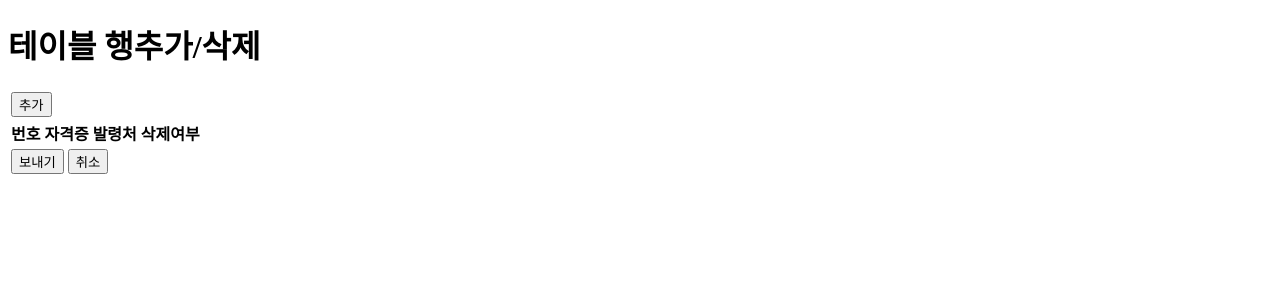
Repository: CHOKIHO/html
Page: work/0110/WebContent/ex3_tabledelete.html
The author's editor kept a copy of each file at every save. The page is drawn from the files as they stood at one save, then again after the next save.
The browser window is 1280 px wide. The pictures show the whole page.

Above is the page before, as saved 2017-01-10 05:34:31.

### work/0110/WebContent/ex3_tabledelete.html
<!DOCTYPE html>
<html>
<head>
<meta charset="UTF-8">
<title>테이블 추가</title>

<style type="text/css">

	body>table {
		width:300px;
		border: 1px solid blue;
		border-collapse: collapse;
	}
	body>table th, body>table td {
		border: 1px solid blue;
		padding: 4px;
		//text-align: center;
	}

	body>table>thead th {
		background-color: #cdcdcd;
	}

	body>table>thead .fr {
		text-align: right;
	}


</style>

<script type="text/javascript">

	var idx=1;

	//테이블 Row 추가 함수
	function addRow() {

		//추가할 td를 생성한다.
		var td1 = document.createElement("td");
		var td2 = document.createElement("td");
		var td3 = document.createElement("td");
		var td4 = document.createElement("td");

		//var btn = document.createElement("<input type='button' value='삭제'/>");


		//① td객체에 문자열지정 (innerHTML, innerText)
		td1.innerHTML = idx++;
		td2.innerHTML = "이순신";
		td3.innerHTML = "010-2222-3333";
		td4.innerHTML = "<input type='button' value='삭제' onclick='deleteRow(this)'/>";


		//② 추가할 tr을 생성
		var tr = document.createElement("tr");

		//③ tr 엘리먼트에 td엘리먼트 추가
		tr.appendChild(td1);
		tr.appendChild(td2);
		tr.appendChild(td3);
		tr.appendChild(td4);

		//tr.innerHTML = td1 + td2 + td3; (element에 문자열 추가)

		//④ row를 추가할 table 검색
		var tab = document.getElementById("myTable");

		//⑤ tbody를 찾기 (DOM구조: 자식들 태크는 배열로 저장되어 있음)
		var tbody = tab.children[1];

		//⑥ tbody에 tr추가
		tbody.appendChild(tr);

		//⑦ sytle 추가
		tr.style.textAlign = "center";


		//tr.onmouseover = delRow();  <-- ()있을때 없을때 차이

		var rowNo=0;

		tr.onmouseover = function() {  //익명함수 사용 (함수안에서 함수사용)

			rowNo = this.rowIndex;				//전역변수 이용
			//table.rowNo = this.rowIndex;    //테이블변수 이용

		};

		tr.onclick = function() {


			//alert(rowNo);
			tab.deleteRow(rowNo);
			//table.deleteRow(table.rowNo);

		};

	}

	//테이블 행 삭제함수 (마우스 over를 이용)

	function deleteRow() {

		//② 추가할 tr을 생성
		var tr = document.createElement("tr");

		//④ row를 추가할 table 검색
		var tab = document.getElementById("myTable");


		//alert("^^ : "+this.rowIndex)

	}

</script>

</head>
<body>
	<h1>테이블 행추가/삭제</h1>

	<form>
	<table id="myTable">
		<thead>
			<tr class="fr">
				<td colspan="4">
					<input type="button" value="추가" onclick="addRow()"/>
				</td>
			</tr>
			<tr>
				<th>번호</th>
				<th>자격증</th>
				<th>발령처</th>
				<th>삭제여부</th>
			</tr>
		</thead>
		<tbody>
		<!-- 테이블 행추가할 body 구역 -->
		</tbody>
		<tfoot>
			<tr>
				<td colspan="4">
				<input type="button" value="보내기"/>
				<input type="button" value="취소"/>
				</td>
			</tr>
		</tfoot>
	</table>
	</form>

</body>
</html>

After the next save:
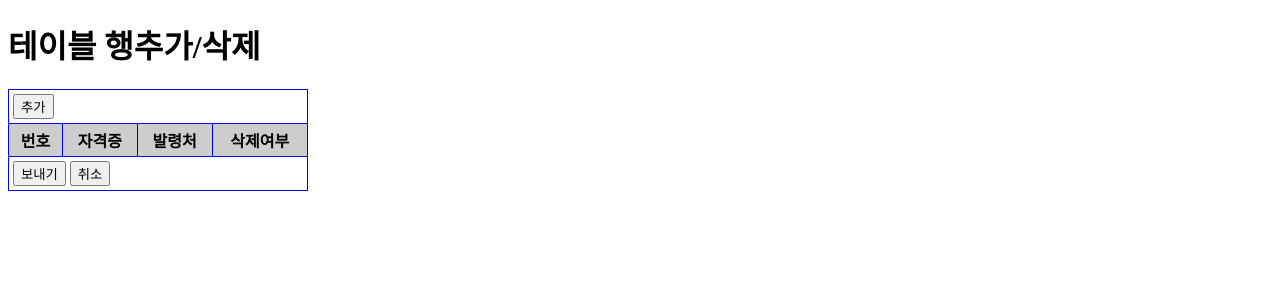
Saved 57 s later.
--- a/work/0110/WebContent/ex3_tabledelete.html
+++ b/work/0110/WebContent/ex3_tabledelete.html
@@ -6,18 +6,18 @@
 
 <style type="text/css">
 
-	body>table {
+	body table {
 		width:300px;
 		border: 1px solid blue;
 		border-collapse: collapse;
 	}
-	body>table th, body>table td {
+	body table th, body table td {
 		border: 1px solid blue;
 		padding: 4px;
 		//text-align: center;
 	}
 
-	body>table>thead th {
+	body table>thead th {
 		background-color: #cdcdcd;
 	}
 
